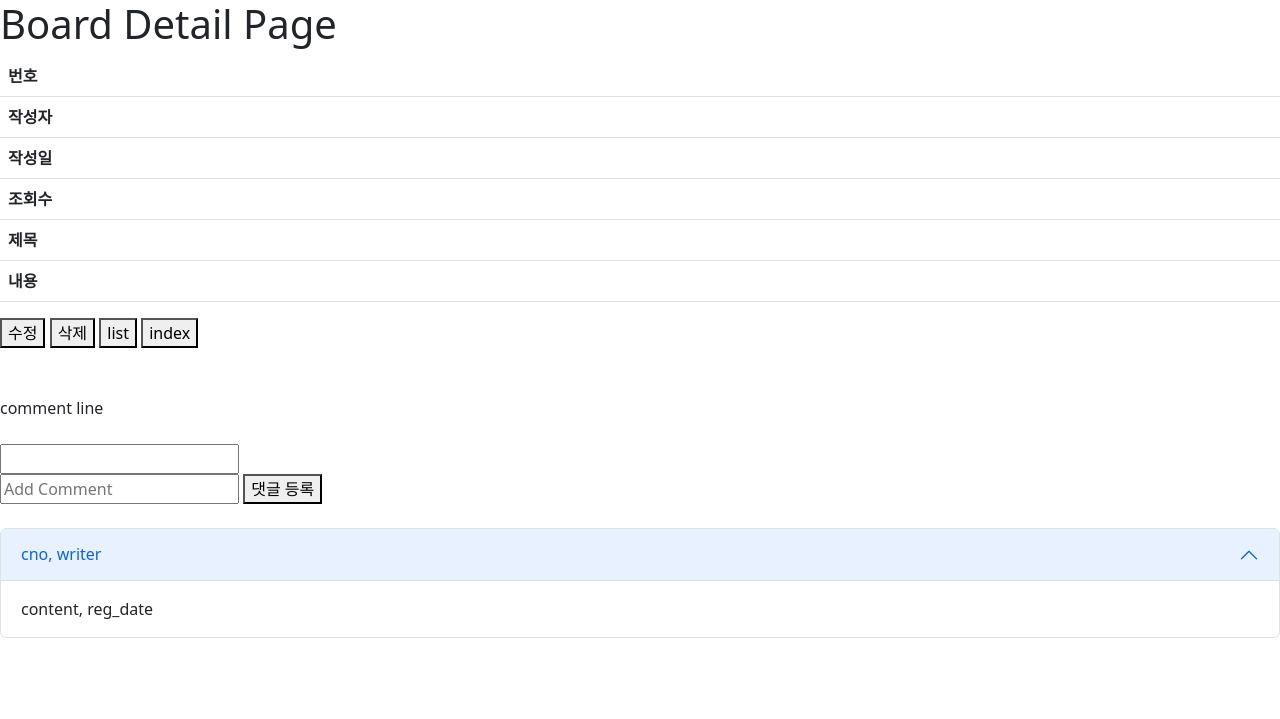
Repository: novemberjj/jsp
Page: http://localhost/jsp_project/board/detail.jsp
These files come from the project's save history. The page is drawn as it stood at one moment and after the next save; the edit follows.
The browser window is 1280 px wide. The pictures show the whole page.
The page is served by Tomcat 9. Other server files are loaded and not shown. The template is opened directly, without the code that normally fills it, so the values that code supplies are empty.

Above is the page before, as saved 2023-05-19 02:20:59.

### jsp_project2/jsp_project/src/main/webapp/board/detail.jsp
<%@ page language="java" contentType="text/html; charset=UTF-8"
    pageEncoding="UTF-8"%>
   <%@ taglib uri="http://java.sun.com/jsp/jstl/core" prefix="c" %>
<!DOCTYPE html>
<html>
<head>
<meta charset="UTF-8">
<title>Board Detail Page</title>
 <link href="https://cdn.jsdelivr.net/npm/bootstrap@5.2.3/dist/css/bootstrap.min.css" rel="stylesheet" integrity="sha384-rbsA2VBKQhggwzxH7pPCaAqO46MgnOM80zW1RWuH61DGLwZJEdK2Kadq2F9CUG65" crossorigin="anonymous">
</head>
<body>
 <script src="https://cdn.jsdelivr.net/npm/bootstrap@5.2.3/dist/js/bootstrap.bundle.min.js" integrity="sha384-kenU1KFdBIe4zVF0s0G1M5b4hcpxyD9F7jL+jjXkk+Q2h455rYXK/7HAuoJl+0I4" crossorigin="anonymous"></script>
<h1>Board Detail Page</h1>
<table class="table">
<tr>
<th>번호</th>
<td>${bvo.bno }</td>
</tr>
<tr>
<th>작성자</th>
<td>${bvo.writer }</td>
</tr>
<tr>
<th>작성일</th>
<td>${bvo.reg_date }</td>
</tr>
<tr>
<th>조회수</th>
<td>${bvo.read_count }</td>
</tr>
<tr>
<th>제목</th>
<td>${bvo.title }</td>
</tr>
<tr>
<th>내용</th>
<td>${bvo.content }</td>
</tr>
</table>
<a href="/brd/modify?bno=${bvo.bno }"><button type="button">수정</button></a>
<a href="/brd/remove?bno=${bvo.bno }"><button type="button">삭제</button></a>
<a href="/brd/list"><button type="button">list</button></a>
<a href="/"><button type="button">index</button></a>

<div> <br> <br>
comment line <br> <br>
<!-- 댓글 작성 라인 -->
<input type="text" id="cmtWriter" value="${ses.id }" readonly="readonly"> <br>
<input type="text" id="cmtText" placeholder="Add Comment"> <!-- name으로 안받는 이유 => script로 갈 것이기 때문  전에는 controller로 이동-->
<button type="button" id="cmtAddBtn">댓글 등록</button> <!-- form/submit 아닌 이유도 js로 갈 것이기 때문 -->
</div><br>

<!-- 댓글 표시 라인 -->

<div class="accordion" id="accordionExample">
  <div class="accordion-item">
    <h2 class="accordion-header" id="headingOne">
      <button class="accordion-button" type="button" data-bs-toggle="collapse" data-bs-target="#collapseOne" aria-expanded="true" aria-controls="collapseOne">
        cno, writer
      </button>
    </h2>
    <div id="collapseOne" class="accordion-collapse collapse show" aria-labelledby="headingOne" data-bs-parent="#accordionExample">
      <div class="accordion-body">
      content, reg_date
      </div>
    </div>
  </div>
</div>


</body>
</html>

After the next save:
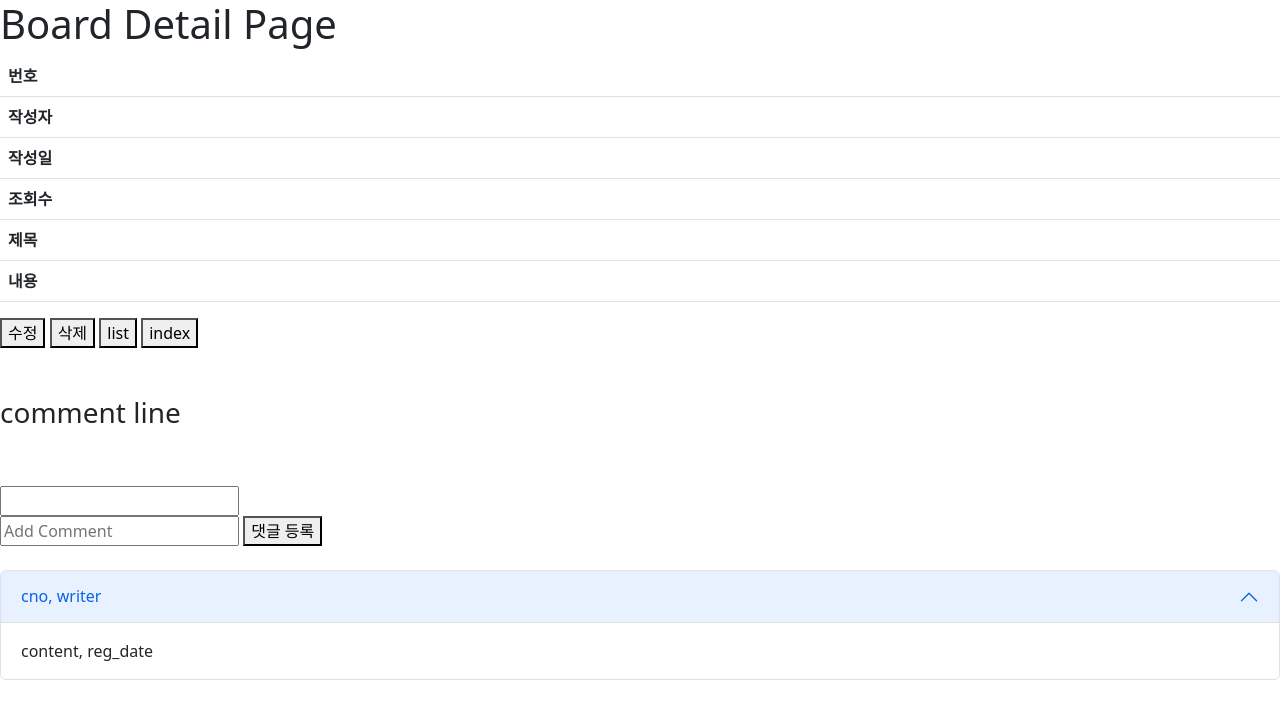
Saved 40 s later.
--- a/jsp_project2/jsp_project/src/main/webapp/board/detail.jsp
+++ b/jsp_project2/jsp_project/src/main/webapp/board/detail.jsp
@@ -43,7 +43,8 @@
 <a href="/"><button type="button">index</button></a>
 
 <div> <br> <br>
-comment line <br> <br>
+<h3>comment line</h3>
+ <br> <br>
 <!-- 댓글 작성 라인 -->
 <input type="text" id="cmtWriter" value="${ses.id }" readonly="readonly"> <br>
 <input type="text" id="cmtText" placeholder="Add Comment"> <!-- name으로 안받는 이유 => script로 갈 것이기 때문  전에는 controller로 이동-->
